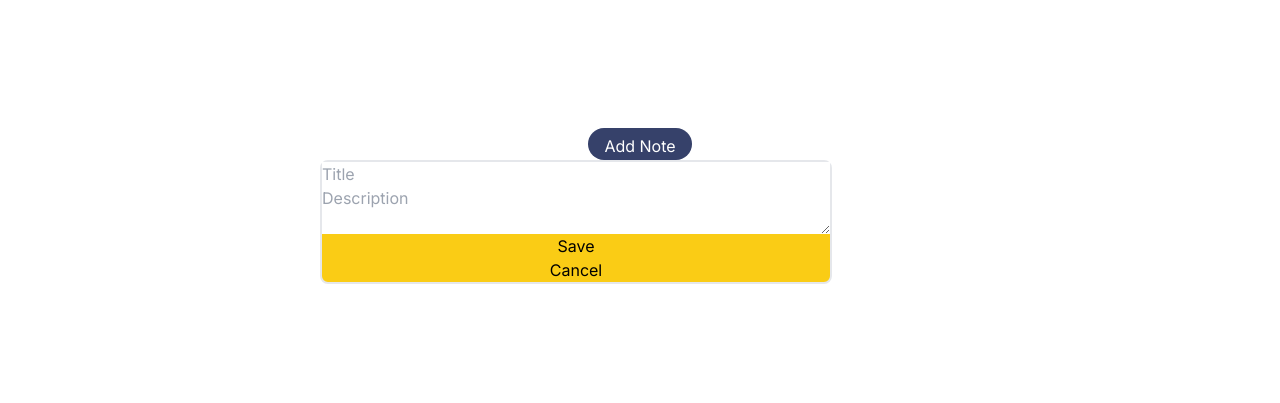
Repository: drumsmanku/next-and-nest-note-taker
Page: / (app in client/), after clicking the first element matching `button.px-4`
These files come from the project's save history. The page is drawn as it stood at one moment and after the next save; the edit follows.
The browser window is 1280 px wide. The pictures show the whole page.
The page's requests for data from a server got no answer. The project was rebuilt for these pictures with package versions that can differ from the ones it lists, and the page was loaded fresh each time. The framework's server and built-in components were replaced by stand-ins that run in the browser. No one was signed in, and anything a server would have sent is missing. Also part of the build but not shown: client/next.config.mjs.

Above is the page before, as saved 2024-03-14 12:42:53.

### client/app/page.tsx
import Image from "next/image";
import NotesComponent from "./components/NotesComponent";
export default function Home() {
  return (
    <main className="flex min-h-screen flex-col items-center justify-between p-24">
      <NotesComponent/>
    </main>
  );
}

### client/app/globals.css
@tailwind base;
@tailwind components;
@tailwind utilities;

.flex {
  display: flex;
  height: 100%;
}

.container {
  display: flex; /* Use flexbox to create a flex container */
  align-items: stretch; /* Adjust alignment to stretch both columns */
}

### client/app/components/NotesComponent.tsx
"use client"
import { useState, useEffect } from 'react';
import axios from 'axios'; // Assuming you're using axios for HTTP requests

interface Note {
  _id: string;
  title: string;
  description: string;
}

const NotesComponent: React.FC = () => {
  const [notes, setNotes] = useState<Note[]>([]);
  const [showCreatePopup, setShowCreatePopup] = useState<boolean>(false);
  const [showEditPopup, setShowEditPopup] = useState<boolean>(false);
  const [editNoteId, setEditNoteId] = useState<string | null>(null);
  const [newNoteTitle, setNewNoteTitle] = useState<string>('');
  const [newNoteDescription, setNewNoteDescription] = useState<string>('');
  const [editNoteTitle, setEditNoteTitle] = useState<string>('');
  const [editNoteDescription, setEditNoteDescription] = useState<string>('');

  useEffect(() => {
    fetchNotes();
  }, []);

  const fetchNotes = async () => {
    try {
      const response = await axios.get<Note[]>('http://localhost:4000/notes');
      setNotes(response.data);
      console.log(response.data);
    } catch (error) {
      console.error('Error fetching notes:', error);
    }
  };

  const handleAddNote = async () => {
    try {
      await axios.post('http://localhost:4000/notes', {
        title: newNoteTitle,
        description: newNoteDescription
      });
      fetchNotes();
      setShowCreatePopup(false);
      setNewNoteTitle('');
      setNewNoteDescription('');
    } catch (error) {
      console.error('Error adding note:', error);
    }
  };

  const handleEditNote = async () => {
    try {
      await axios.put(`http://localhost:4000/notes/${editNoteId}`, {
        title: editNoteTitle,
        description: editNoteDescription
      });
      fetchNotes();
      setShowEditPopup(false);
      setEditNoteId(null);
      setEditNoteTitle('');
      setEditNoteDescription('');
    } catch (error) {
      console.error('Error updating note:', error);
    }
  };

  const handleDeleteNote = async (noteId: string) => {
    try {
      await axios.delete(`http://localhost:4000/notes/${noteId}`);
      fetchNotes();
    } catch (error) {
      console.error('Error deleting note:', error);
    }
  };

  return (
    <div className='flex flex-col h-screen w-screen items-center'>
      <button className="px-4 py-1.5 text-white h-8 text-md rounded-full border-none bg-[#36416A] mt-8" onClick={() => setShowCreatePopup(true)}>Add Note</button>
      <div className='flex flex-col w-[50%]'>
        {showCreatePopup && (
          <div className='flex flex-col w-[80%] border-2 rounded-lg  bg-yellow-400'>
            <input
              type="text"
              placeholder="Title"
              value={newNoteTitle}
              onChange={(e) => setNewNoteTitle(e.target.value)}
            />
            <textarea
              placeholder="Description"
              value={newNoteDescription}
              onChange={(e) => setNewNoteDescription(e.target.value)}
            />
            <button onClick={handleAddNote}>Save</button>
            <button onClick={() => setShowCreatePopup(false)}>Cancel</button>
          </div>
        )}
        {showEditPopup && (
          <div>
            <input
              type="text"
              placeholder="Title"
              value={editNoteTitle}
              onChange={(e) => setEditNoteTitle(e.target.value)}
            />
            <textarea
              placeholder="Description"
              value={editNoteDescription}
              onChange={(e) => setEditNoteDescription(e.target.value)}
            />
            <button onClick={handleEditNote}>Save</button>
            <button onClick={() => setShowEditPopup(false)}>Cancel</button>
          </div>
        )}
        <ul className='flex'>
          {notes.map((note) => (
            <li className='border-2 p-10' key={note._id}>
              <div>
                <strong>{note.title}</strong>
                <p>{note.description}</p>
              </div>
              <button onClick={() => {
                setEditNoteId(note._id);
                setEditNoteTitle(note.title);
                setEditNoteDescription(note.description);
                setShowEditPopup(true);
              }}>Edit</button>
              <button onClick={() => handleDeleteNote(note.id)}>Delete</button>
            </li>
          ))}
        </ul>
      </div>


    </div>
  );
};

export default NotesComponent;

Loaded but not shown: client/app/layout.tsx (common file); client/tailwind.config.ts (common file)

After the next save:
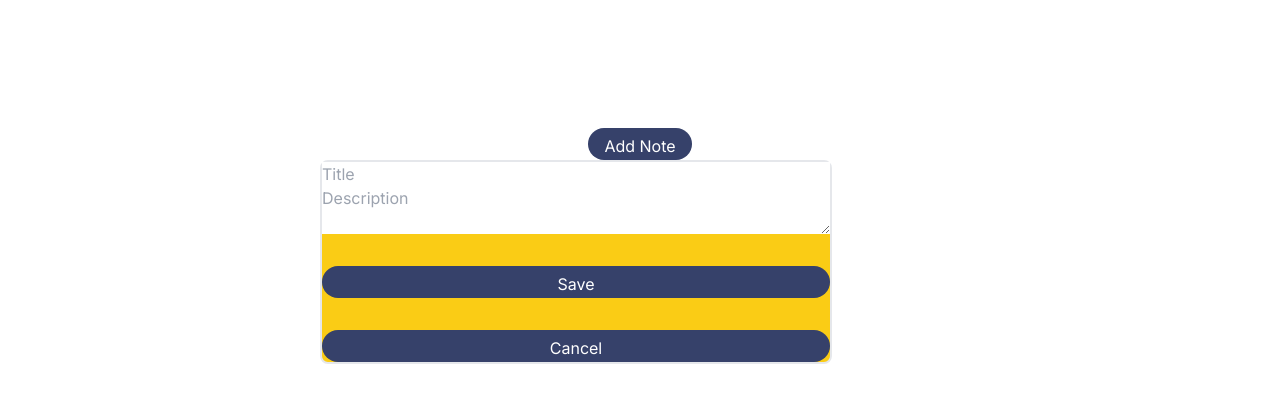
Saved 19 s later.
--- a/client/app/components/NotesComponent.tsx
+++ b/client/app/components/NotesComponent.tsx
@@ -89,8 +89,8 @@ const NotesComponent: React.FC = () => {
               value={newNoteDescription}
               onChange={(e) => setNewNoteDescription(e.target.value)}
             />
-            <button onClick={handleAddNote}>Save</button>
-            <button onClick={() => setShowCreatePopup(false)}>Cancel</button>
+            <button className="px-4 py-1.5 text-white h-8 text-md rounded-full border-none bg-[#36416A] mt-8" onClick={handleAddNote}>Save</button>
+            <button className="px-4 py-1.5 text-white h-8 text-md rounded-full border-none bg-[#36416A] mt-8" onClick={() => setShowCreatePopup(false)}>Cancel</button>
           </div>
         )}
         {showEditPopup && (
